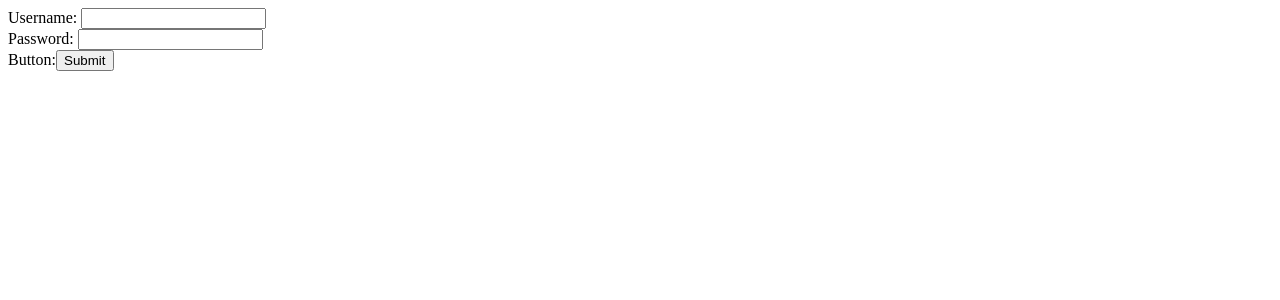
Repository: PallaviSRawat/testGitHub
Page: eclipse-workspace-ee/RbsApp/WebContent/index.html
These files come from the project's save history. The page is drawn as it stood at one moment and after the next save; the edit follows.
The browser window is 1280 px wide. The pictures show the whole page.

Above is the page before, as saved 2019-08-08 09:46:49.

After the next save:
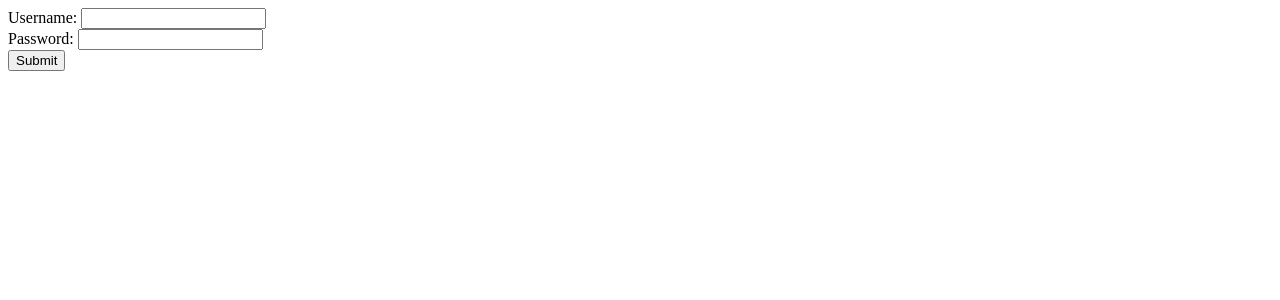
Saved 3 min 47 s later.
--- a/eclipse-workspace-ee/RbsApp/WebContent/index.html
+++ b/eclipse-workspace-ee/RbsApp/WebContent/index.html
@@ -8,7 +8,7 @@
 <form action="Login" method="get">
 Username: <input type ="text" name="username"> <br>
 Password: <input type ="text" name="password"><br>
-Button:<input type="submit" value="Submit">
+<input type="submit" value="Submit">
 </form>
 
 </body>
